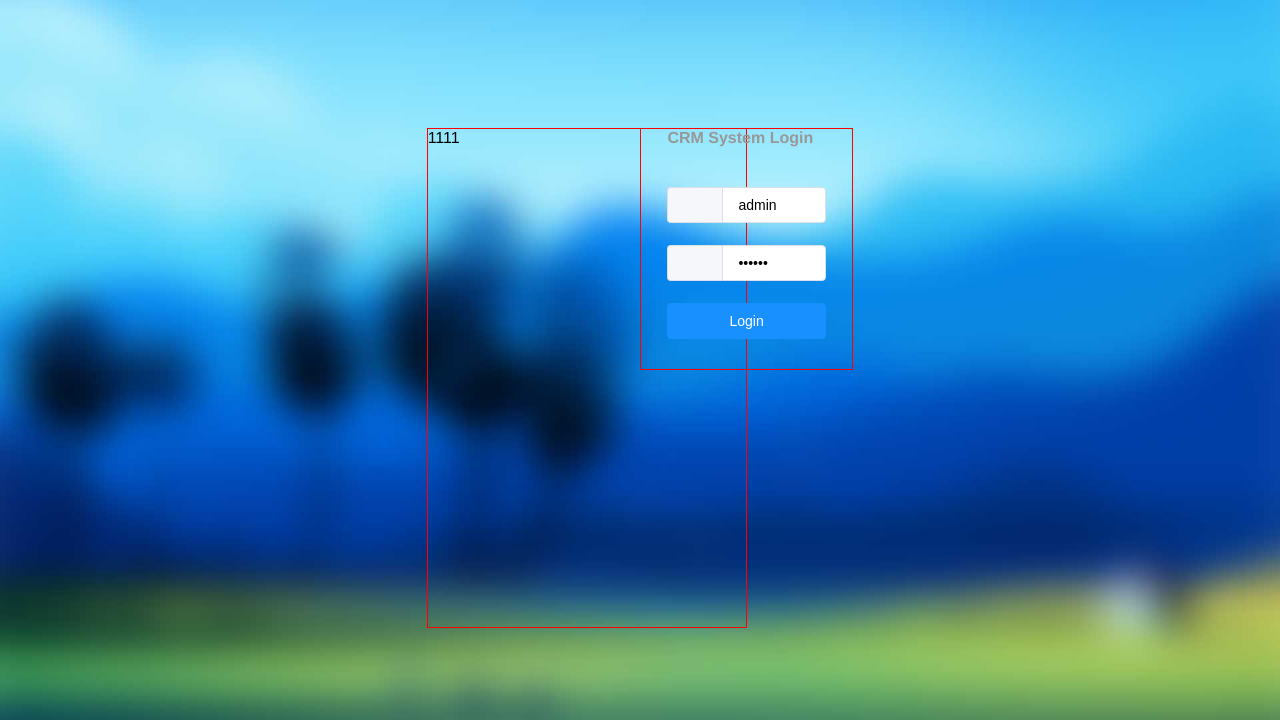
Repository: JasonMMM/ty-crm-sys
Page: /
These files come from the project's save history. The page is drawn as it stood at one moment and after the next save; the edit follows.
The browser window is 1280 px wide. The pictures show the whole page.
The project was rebuilt for these pictures with package versions that can differ from the ones it lists, and the page was loaded fresh each time. Also part of the build but not shown: vue.config.js, src/components/RightPanel/index.vue, src/layout/components/AppMain.vue, src/utils/i18n.js, src/components/Breadcrumb/index.vue, src/components/Hamburger/index.vue, src/components/ErrorLog/index.vue, src/components/Screenfull/index.vue and 18 more.

Above is the page before, as saved 2020-07-24 09:14:05.

After the next save:
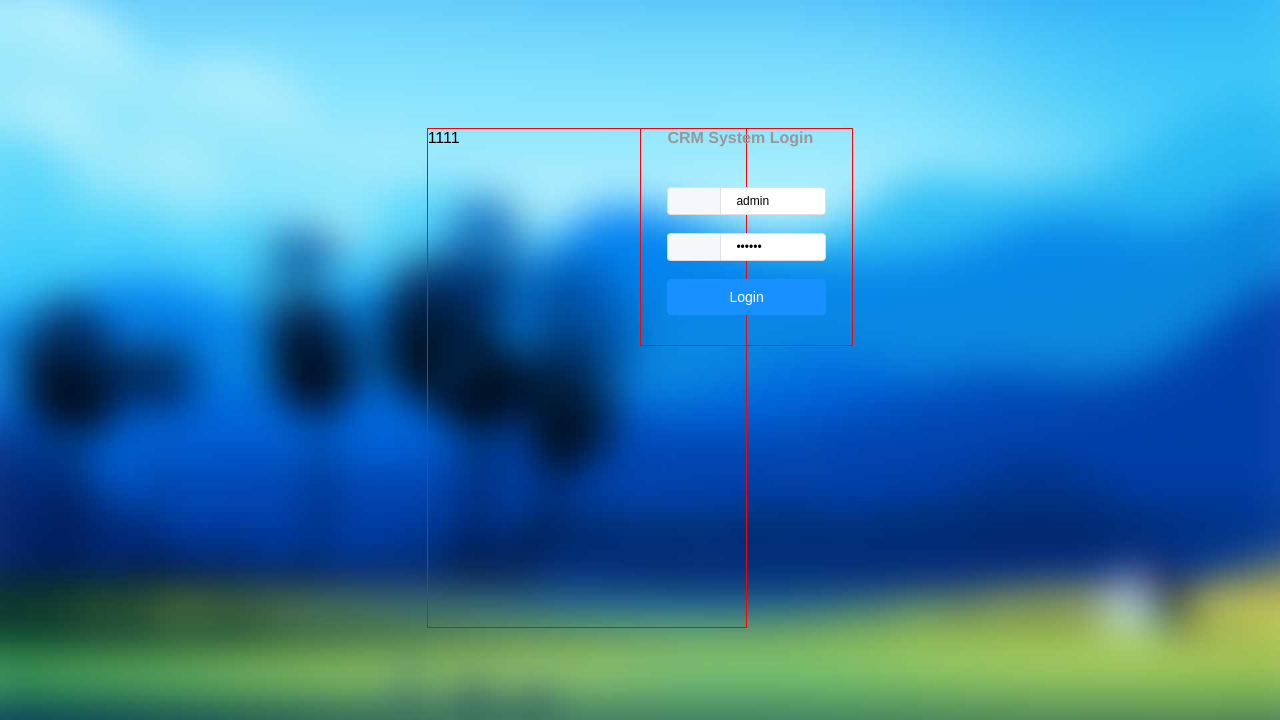
Saved 83 s later.
--- a/src/views/login/index.vue
+++ b/src/views/login/index.vue
@@ -15,6 +15,7 @@
           class="login-form"
           autocomplete="on"
           label-position="left"
+          size="mini"
         >
           <el-col :sm="{span: 18, offset:3}">
             <!-- <div class="title-logo">
